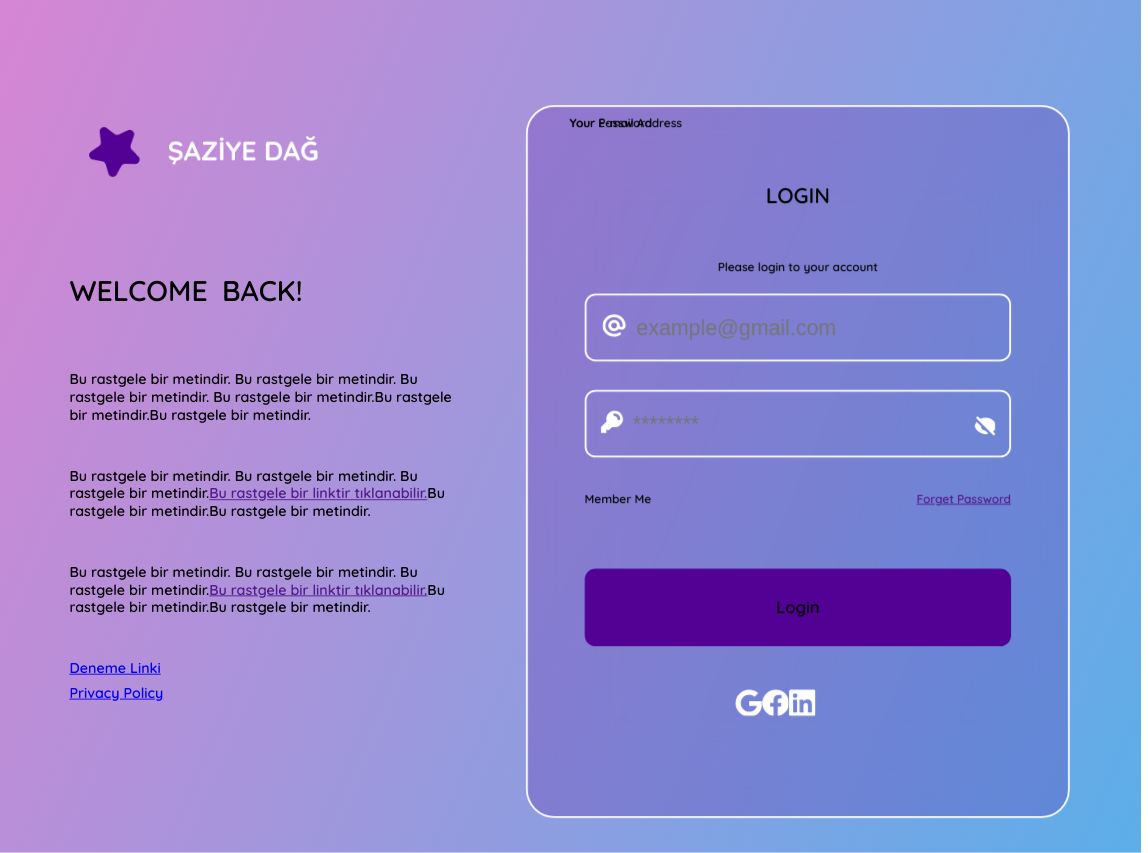
Repository: szydag/login
Page: /
The author's editor kept a copy of each file at every save. The page is drawn from the files as they stood at one save, then again after the next save.
The browser window is 1280 px wide. The page is 1282 px wide, then 1290 px, so the pictures cover 1290 px, including what lies to the right of the window. The pictures show the whole page, at 89% of full size.
The project was rebuilt for these pictures with package versions that can differ from the ones it lists, and the page was loaded fresh each time. Also part of the build but not shown: src/assets/svgr/unhiddenIcon/index.js.

Above is the page before, as saved 2023-10-30 10:14:53.

After the next save:
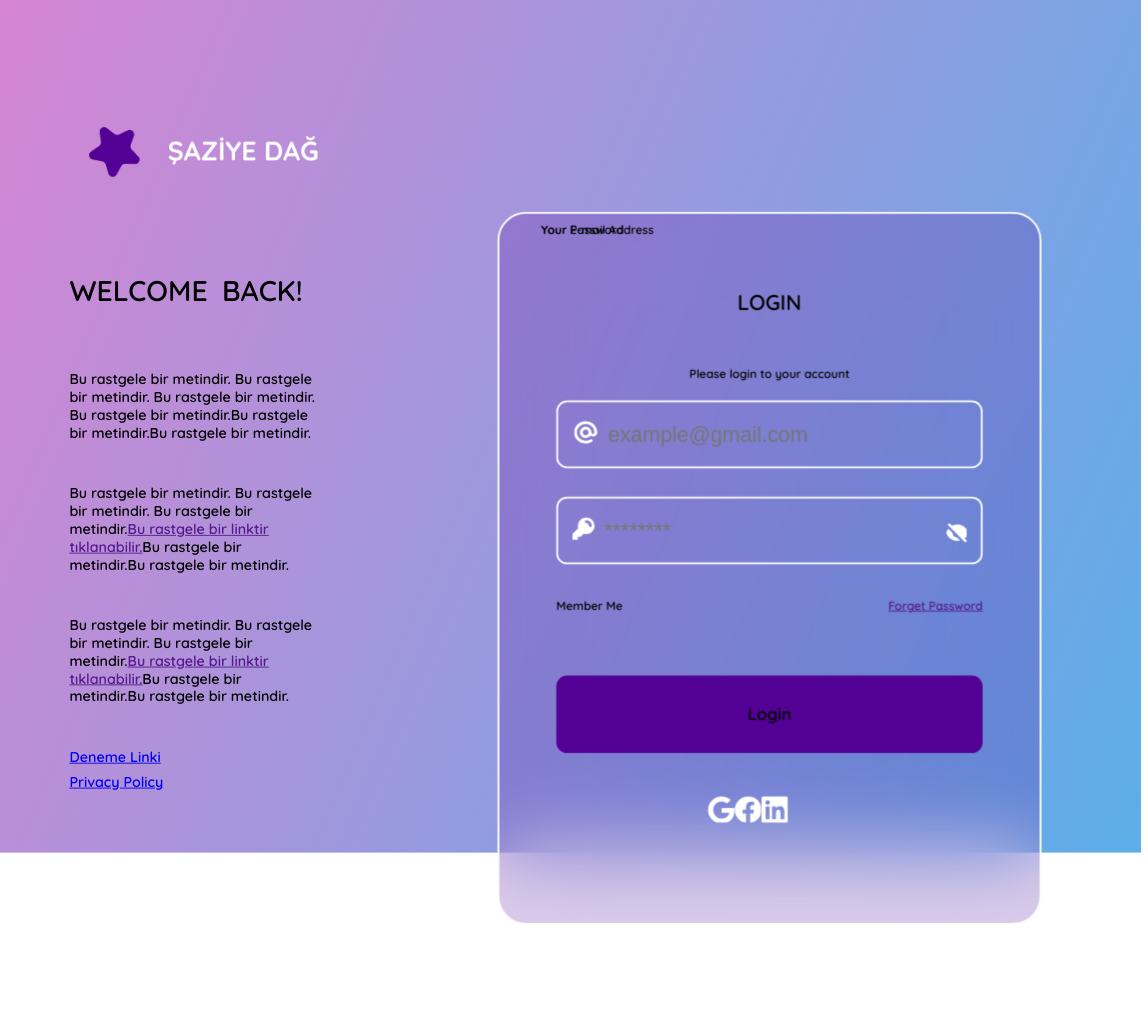
Saved 22 s later.
--- a/src/app/pages/login/index.js
+++ b/src/app/pages/login/index.js
@@ -78,7 +78,9 @@ const LoginPage = () => {
 
             </div>
         </div>
-        <div>
+        <div
+            className={classes.loginAreaContainer}
+        >
             <div
                 className={classes.loginArea}
             >
